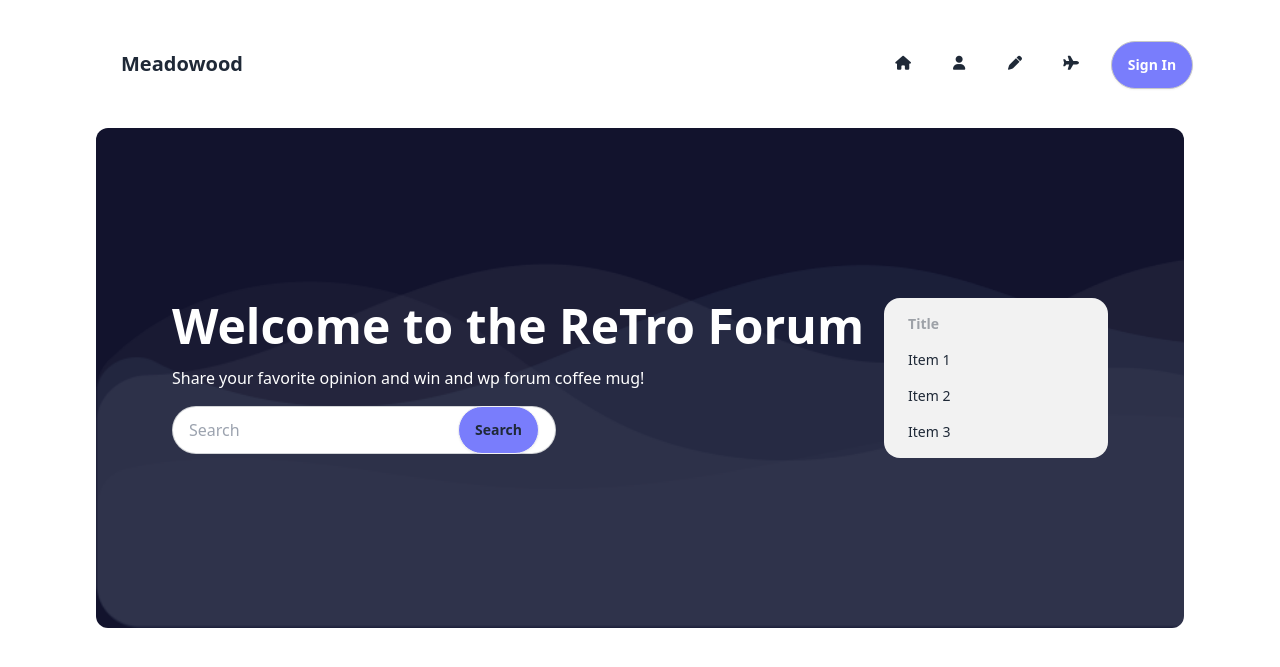
Repository: RudrasahaDibos/Meadowood-Forum
Page: index.html
These files come from the project's save history. The page is drawn as it stood at one moment and after a run of saves; the edit follows.
The browser window is 1280 px wide. The pictures show the whole page.
Some web libraries are served in a nearby version.

Above is the page before, as saved 2024-11-24 12:48:57.

After the next 3 saves:
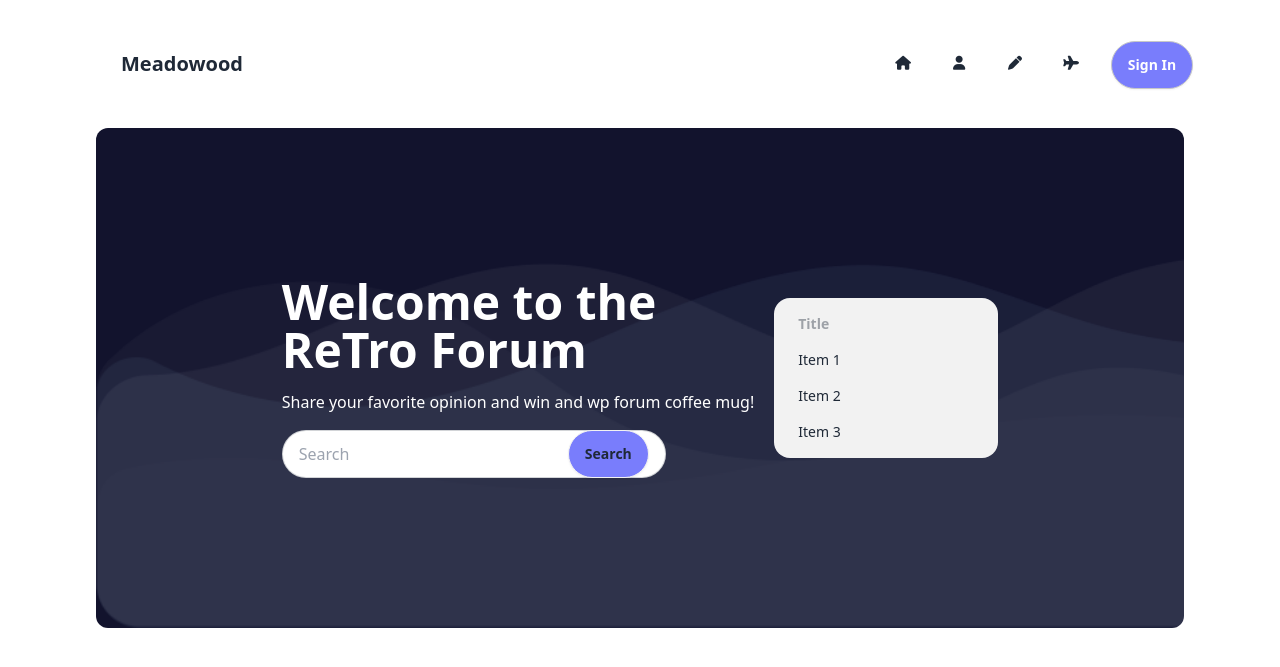
The 3 saves are shown as one change because they came seconds apart.
The last was saved 12 s later.
--- a/index.html
+++ b/index.html
@@ -74,7 +74,7 @@
                 <div class="relative top-0 left-0 w-full h-full z-10  flex  justify-center items-center gap-5 ">
 
                   <div class="space-y-4">
-                    <h2 class="text-5xl font-extrabold font-manrope text-white">Welcome to the ReTro Forum</h2>
+                    <h2 class="text-5xl font-extrabold font-manrope text-white">Welcome to the <br> ReTro Forum</h2>
                     <p class="text-white">Share your favorite opinion and win and wp forum coffee mug!</p>
                     <label class="input input-bordered flex items-center gap-2 w-96 rounded-full">
                         <input type="text" class="grow" placeholder="Search" />
